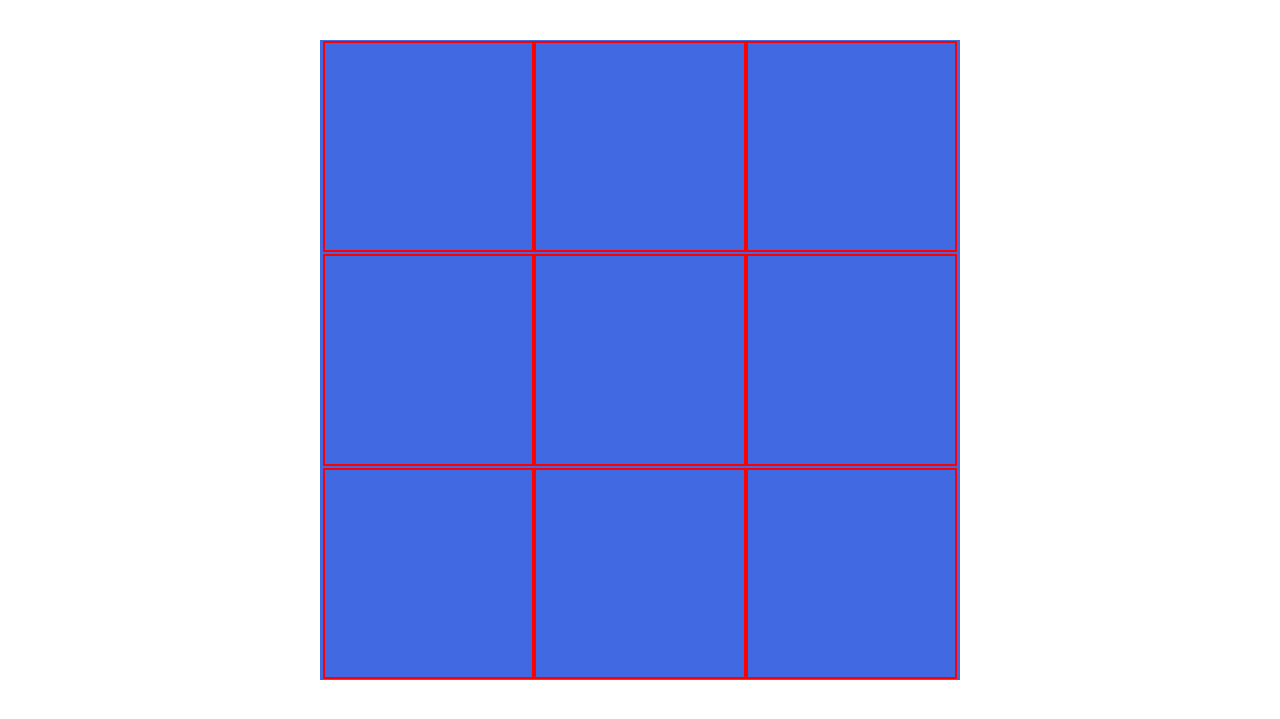
Repository: baumanmilosz/tictactoe
Page: index.html
An editor plug-in stored every save of this project. The page is shown before and after a run of saves, followed by the edit.
The browser window is 1280 px wide. The pictures show the whole page.

Above is the page before, as saved 2019-02-21 16:19:19.

### index.html
<!DOCTYPE html>
<html lang="en">

<head>
  <meta charset="UTF-8">
  <meta name="viewport" content="width=device-width, initial-scale=1.0">
  <meta http-equiv="X-UA-Compatible" content="ie=edge">
  <link rel="stylesheet" href="./style.css">
  <title>Tic Tac Toe</title>
</head>

<body>
  <div class="board">
    <div class="box"></div>
    <div class="box"></div>
    <div class="box"></div>
    <div class="box"></div>
    <div class="box"></div>
    <div class="box"></div>
    <div class="box"></div>
    <div class="box"></div>
    <div class="box"></div>
  </div>

  <script src="./script.js"></script>
</body>

</html>

### style.css
* {
  margin: 0;
  padding: 0;
  box-sizing: border-box;
}

html {
  font-size: 10px;
}

body {
  position: relative;
  height: 100vh;
  /* background-color: blue; */
}

.board {
  display: flex;
  flex-wrap: wrap;
  justify-content: center;
  align-items: center;
  position: absolute;
  left: 50%;
  top: 50%;
  transform: translate(-50%, -50%);
  width: 50vw;
  height: 50vw;
  background-color: royalblue;
}

.box {
  width: 33%;
  height: 33%;
  border: 2px solid red;
}

.box.yellow {
  background-color: red;
}

Loaded but not shown: script.js (no copy from this time; the picture is the same without it)

After the next 2 saves:
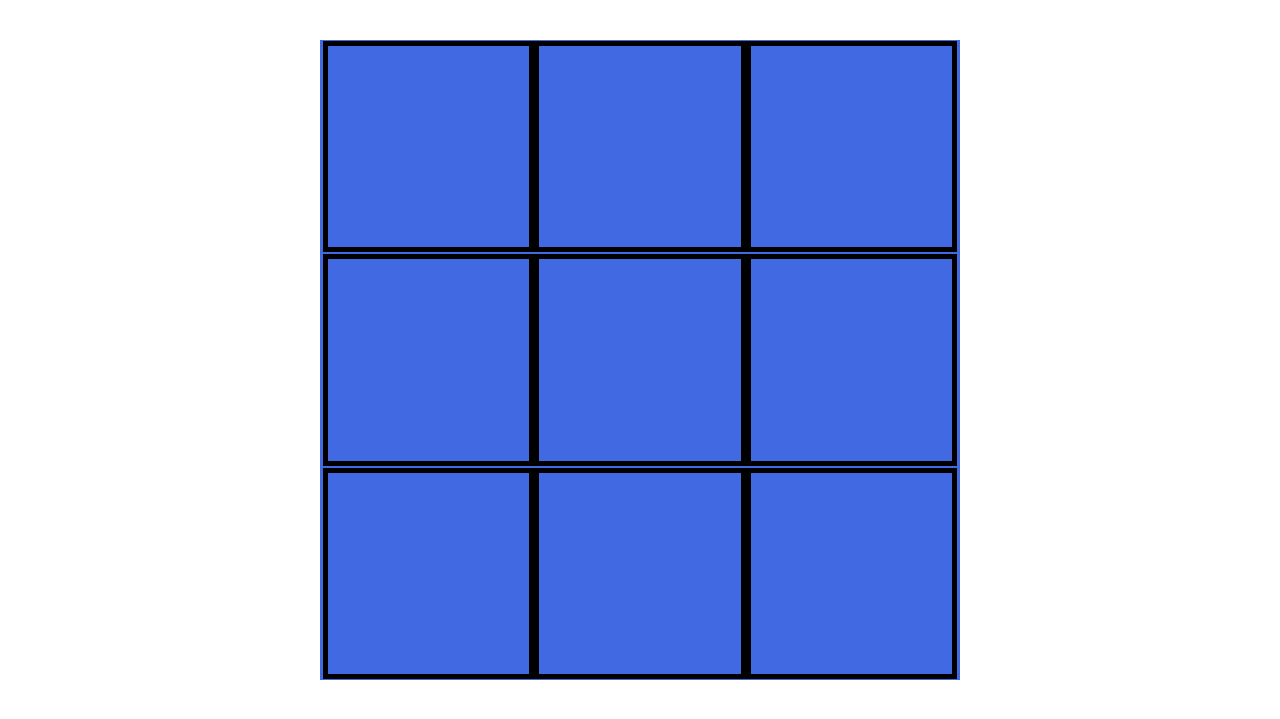
The 2 saves are shown as one change because they came seconds apart.
The last was saved 9 s later.
--- a/style.css
+++ b/style.css
@@ -31,7 +31,7 @@
 .box {
   width: 33%;
   height: 33%;
-  border: 2px solid red;
+  border: 5px solid black;
 }
 
 .box.yellow {
